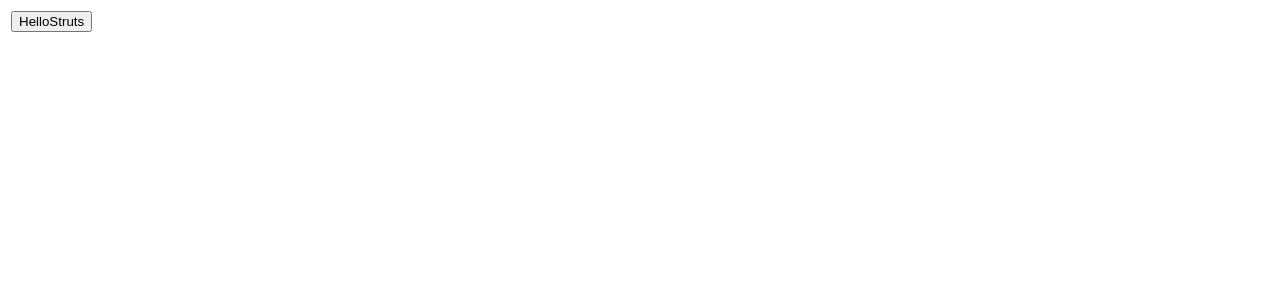
Repository: kazuki000/test
Page: http://localhost/webProj5/
These files come from the project's save history. The page is drawn as it stood at one moment and after the next save; the edit follows.
The browser window is 1280 px wide. The pictures show the whole page.
The page is served by Tomcat 9.

Above is the page before, as saved 2019-04-15 16:40:27.

After the next save:
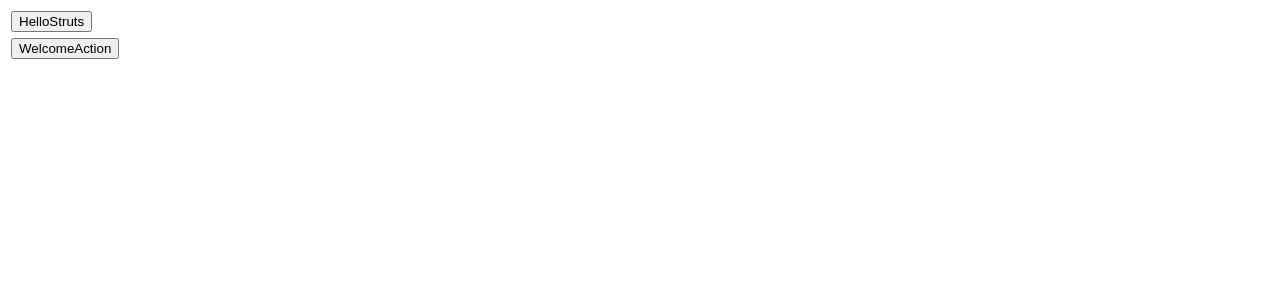
Saved 12 min 11 s later.
--- a/webProj5/WebContent/index.jsp
+++ b/webProj5/WebContent/index.jsp
@@ -11,6 +11,9 @@
  <s:form action="HelloStrutsAction">
   <s:submit value="HelloStruts"/>
  </s:form>
+ <s:form action="WelcomeAction">
+   <s:submit value="WelcomeAction"/>
+ </s:form>
 
 </body>
 </html>
